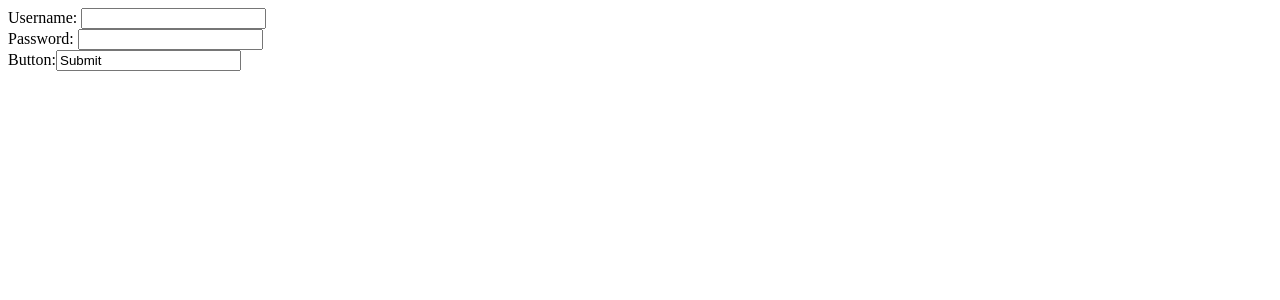
Repository: PallaviSRawat/testGitHub
Page: eclipse-workspace-ee/RbsApp/WebContent/index.html
These files come from the project's save history. The page is drawn as it stood at one moment and after the next save; the edit follows.
The browser window is 1280 px wide. The pictures show the whole page.

Above is the page before, as saved 2019-08-08 09:44:31.

### eclipse-workspace-ee/RbsApp/WebContent/index.html
<!DOCTYPE html>
<html>
<head>
<meta charset="ISO-8859-1">
<title>Insert title here</title>
</head>
<body>
<form action="Login" method="get">
Username: <input type = "text" name="username"> <br>
Password: <input type = "text" name="password"><br>
Button:<input type=Submit" value="Submit">
</form>

</body>
</html>

After the next save:
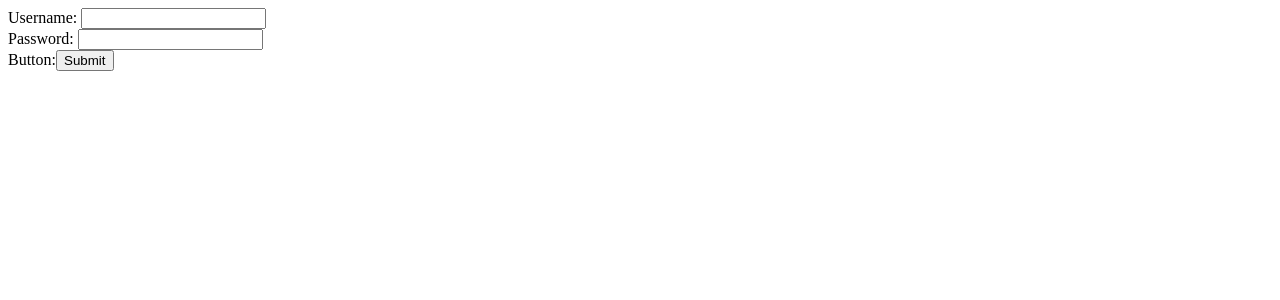
Saved 2 min 18 s later.
--- a/eclipse-workspace-ee/RbsApp/WebContent/index.html
+++ b/eclipse-workspace-ee/RbsApp/WebContent/index.html
@@ -6,9 +6,9 @@
 </head>
 <body>
 <form action="Login" method="get">
-Username: <input type = "text" name="username"> <br>
-Password: <input type = "text" name="password"><br>
-Button:<input type=Submit" value="Submit">
+Username: <input type ="text" name="username"> <br>
+Password: <input type ="text" name="password"><br>
+Button:<input type="submit" value="Submit">
 </form>
 
 </body>
